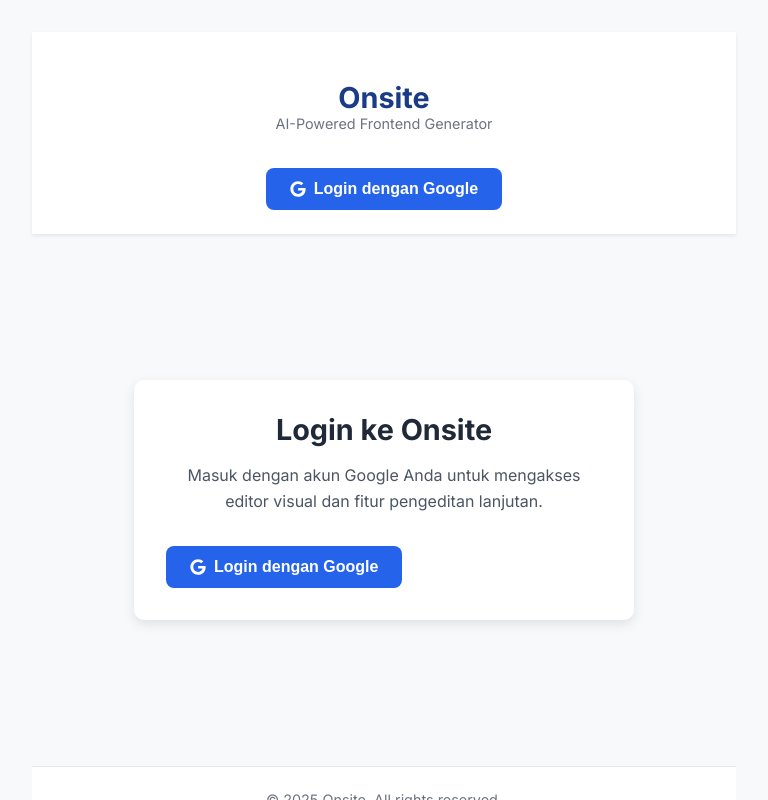
Repository: arifsoul/onsite
Page: /login (app in onsite/)
These files come from the project's save history. The page is drawn as it stood at one moment and after the next save; the edit follows.
The browser window is 768 px wide. The pictures show the whole page.
An inner scrolling area shows only its first screen. The project was rebuilt for these pictures with package versions that can differ from the ones it lists, and the page was loaded fresh each time. Also part of the build but not shown: onsite/vite.config.js, onsite/src/services/deepseekApi.js, onsite/src/components/Generator/AIGenerator.css, onsite/src/components/Generator/AIGenerator.jsx, onsite/src/components/Preview/LivePreview.css, onsite/src/components/Preview/LivePreview.jsx, onsite/src/pages/Home.jsx, onsite/src/components/Editor/CSSPanel.jsx and 5 more.

Above is the page before, as saved 2025-04-14 17:15:12.

### onsite/src/index.css
/* src/index.css */
@import url('https://fonts.googleapis.com/css2?family=Inter:wght@400;600;700&display=swap');

* {
  margin: 0;
  padding: 0;
  box-sizing: border-box;
}

html, body {
  height: 100%;
  width: 100%;
  overflow-x: hidden; /* Mencegah scroll horizontal */
}

body {
  font-family: 'Inter', sans-serif;
  background-color: #f8f9fa;
}

#root {
  display: flex;
  flex-direction: column;
  min-height: 100vh;
  width: 100%;
}

### onsite/src/App.jsx
import { BrowserRouter as Router, Routes, Route } from 'react-router-dom';
import { Auth0Provider } from '@auth0/auth0-react';
import { CodeProvider } from './context/CodeContext';
import Home from './pages/Home';
import Editor from './pages/Editor';
import Login from './pages/Login';
import './App.css';

function App() {
  return (
    <Auth0Provider
      domain={import.meta.env.VITE_AUTH0_DOMAIN}
      clientId={import.meta.env.VITE_AUTH0_CLIENT_ID}
      redirectUri={window.location.origin}
    >
      <CodeProvider>
        <Router>
          <Routes>
            <Route path="/" element={<Home />} />
            <Route path="/login" element={<Login />} />
            <Route path="/editor" element={<Editor />} />
          </Routes>
        </Router>
      </CodeProvider>
    </Auth0Provider>
  );
}

export default App;

### onsite/src/context/CodeContext.jsx
import { createContext, useState, useContext } from 'react';

const CodeContext = createContext();

export const CodeProvider = ({ children }) => {
  const [generatedCode, setGeneratedCode] = useState({
    html: '',
    css: '',
    js: '',
  });
  const [components, setComponents] = useState([]);

  const updateComponent = (id, updates) => {
    setComponents((prev) =>
      prev.map((comp) =>
        comp.id === id ? { ...comp, ...updates } : comp
      )
    );
  };

  return (
    <CodeContext.Provider
      value={{ generatedCode, setGeneratedCode, components, setComponents, updateComponent }}
    >
      {children}
    </CodeContext.Provider>
  );
};

export const useCode = () => useContext(CodeContext);

### onsite/src/pages/Login.jsx
import GoogleLogin from '../components/Auth/GoogleLogin';
import './Login.css';

const Login = () => {
  return (
    <div className="login-container">
      <header className="login-header">
        <div className="logo">
          <h1>Onsite</h1>
          <span>AI-Powered Frontend Generator</span>
        </div>
        <GoogleLogin />
      </header>
      <main className="login-main">
        <section className="login-section">
          <div className="card login-card">
            <h2>Login ke Onsite</h2>
            <p>
              Masuk dengan akun Google Anda untuk mengakses editor visual dan fitur pengeditan lanjutan.
            </p>
            <GoogleLogin />
          </div>
        </section>
      </main>
      <footer className="login-footer">
        <p>© 2025 Onsite. All rights reserved.</p>
      </footer>
    </div>
  );
};

export default Login;

### onsite/src/components/Auth/GoogleLogin.jsx
import { useAuth0 } from '@auth0/auth0-react';
import { FaGoogle } from 'react-icons/fa';
import './GoogleLogin.css';

const GoogleLogin = () => {
  const { loginWithRedirect, isAuthenticated, user, logout } = useAuth0();

  return (
    <div>
      {isAuthenticated ? (
        <div className="user-info">
          <img src={user?.picture} alt={user?.name} />
          <span>{user?.name}</span>
          <button
            className="logout-btn"
            onClick={() => logout({ returnTo: window.location.origin })}
          >
            Logout
          </button>
        </div>
      ) : (
        <button
          className="google-login-btn"
          onClick={() => loginWithRedirect({ connection: 'google-oauth2' })}
        >
          <FaGoogle /> Login dengan Google
        </button>
      )}
    </div>
  );
};

export default GoogleLogin;

### onsite/src/pages/Home.css
/* src/pages/Home.css */
.home-container {
    display: flex;
    flex-direction: column;
    min-height: 100vh;
    background-color: #f8f9fa;
  }

  /* Header */
  .home-header {
    display: flex;
    justify-content: space-between;
    align-items: center;
    padding: 1.5rem 2rem;
    background-color: #ffffff;
    box-shadow: 0 2px 4px rgba(0, 0, 0, 0.08);
    position: sticky;
    top: 0;
    z-index: 100;
  }

  .logo h1 {
    font-size: 1.8rem;
    color: #1a3c87;
    margin: 0;
  }

  .logo span {
    font-size: 0.9rem;
    color: #6b7280;
    display: block;
  }

  /* Main Content */
  .home-main {
    flex: 1;
    padding: 2rem;
    max-width: 1400px;
    margin: 0 auto;
    width: 100%;
  }

  /* Hero Section */
  .hero-section {
    text-align: center;
    margin-bottom: 4rem;
  }

  .hero-section h2 {
    font-size: 2.5rem;
    color: #1f2937;
    margin-bottom: 1rem;
  }

  .hero-section p {
    font-size: 1.2rem;
    color: #4b5563;
    max-width: 700px;
    margin: 0 auto 1.5rem;
  }

  .hero-cta {
    display: inline-block;
    padding: 0.75rem 2rem;
    background-color: #2563eb;
    color: #ffffff;
    text-decoration: none;
    border-radius: 6px;
    font-size: 1.1rem;
    font-weight: 600;
    transition: background-color 0.2s;
  }

  .hero-cta:hover {
    background-color: #1d4ed8;
  }

  /* Features Section */
  .features-section {
    display: grid;
    grid-template-columns: repeat(auto-fit, minmax(300px, 1fr));
    gap: 2rem;
    margin-bottom: 3rem;
  }

  .card {
    background-color: #ffffff;
    border-radius: 10px;
    box-shadow: 0 4px 12px rgba(0, 0, 0, 0.1);
    padding: 2rem;
    transition: transform 0.3s ease, box-shadow 0.3s ease;
  }

  .card:hover {
    transform: translateY(-8px);
    box-shadow: 0 6px 16px rgba(0, 0, 0, 0.15);
  }

  .card h3 {
    font-size: 1.5rem;
    color: #1f2937;
    margin-bottom: 1rem;
  }

  .card p {
    font-size: 1rem;
    color: #4b5563;
    line-height: 1.6;
  }

  .description-card {
    display: flex;
    flex-direction: column;
    justify-content: center;
  }

  /* Footer */
  .home-footer {
    text-align: center;
    padding: 1.5rem;
    background-color: #ffffff;
    border-top: 1px solid #e5e7eb;
    color: #6b7280;
    font-size: 0.9rem;
  }

  /* Responsive Design */
  @media (max-width: 1024px) {
    .features-section {
      grid-template-columns: 1fr;
    }
  }

  @media (max-width: 768px) {
    .home-header {
      flex-direction: column;
      gap: 1rem;
      text-align: center;
    }

    .hero-section h2 {
      font-size: 2rem;
    }

    .hero-section p {
      font-size: 1rem;
    }

    .hero-cta {
      padding: 0.6rem 1.5rem;
      font-size: 1rem;
    }

    .card {
      padding: 1.5rem;
    }
  }

### onsite/src/pages/Login.css
/* src/pages/Login.css */
.login-container {
    display: flex;
    flex-direction: column;
    min-height: 100vh;
    background-color: #f8f9fa;
  }

  /* Header */
  .login-header {
    display: flex;
    justify-content: space-between;
    align-items: center;
    padding: 1.5rem 2rem;
    background-color: #ffffff;
    box-shadow: 0 2px 4px rgba(0, 0, 0, 0.08);
    position: sticky;
    top: 0;
    z-index: 100;
  }

  .logo h1 {
    font-size: 1.8rem;
    color: #1a3c87;
    margin: 0;
  }

  .logo span {
    font-size: 0.9rem;
    color: #6b7280;
    display: block;
  }

  /* Main Content */
  .login-main {
    flex: 1;
    display: flex;
    align-items: center;
    justify-content: center;
    padding: 2rem;
  }

  /* Login Section */
  .login-section {
    max-width: 500px;
    width: 100%;
  }

  .login-card {
    background-color: #ffffff;
    border-radius: 10px;
    box-shadow: 0 4px 12px rgba(0, 0, 0, 0.1);
    padding: 2.5rem;
    text-align: center;
  }

  .login-card h2 {
    font-size: 2rem;
    color: #1f2937;
    margin-bottom: 1rem;
  }

  .login-card p {
    font-size: 1.1rem;
    color: #4b5563;
    margin-bottom: 2rem;
  }

  /* Footer */
  .login-footer {
    text-align: center;
    padding: 1.5rem;
    background-color: #ffffff;
    border-top: 1px solid #e5e7eb;
    color: #6b7280;
    font-size: 0.9rem;
  }

  /* Responsive Design */
  @media (max-width: 768px) {
    .login-header {
      flex-direction: column;
      gap: 1rem;
      text-align: center;
    }

    .login-card {
      padding: 2rem;
    }

    .login-card h2 {
      font-size: 1.8rem;
    }

    .login-card p {
      font-size: 1rem;
    }
  }

### onsite/src/components/Auth/GoogleLogin.css
/* src/components/Auth/GoogleLogin.css */
.google-login-btn {
  display: flex;
  align-items: center;
  gap: 0.5rem;
  padding: 0.75rem 1.5rem;
  background-color: #2563eb;
  color: #ffffff;
  border: none;
  border-radius: 8px;
  font-size: 1rem;
  font-weight: 600;
  cursor: pointer;
  transition: background-color 0.2s;
}

.google-login-btn:hover {
  background-color: #1d4ed8;
}

.user-info {
  display: flex;
  align-items: center;
  gap: 0.75rem;
}

.user-info img {
  border-radius: 50%;
  width: 36px;
  height: 36px;
}

.user-info span {
  font-size: 1rem;
  color: #1f2937;
}

.logout-btn {
  padding: 0.5rem 1rem;
  background-color: #dc2626;
  color: #ffffff;
  border: none;
  border-radius: 8px;
  font-size: 0.9rem;
  font-weight: 600;
  cursor: pointer;
  transition: background-color 0.2s;
}

.logout-btn:hover {
  background-color: #b91c1c;
}

Loaded but not shown: onsite/index.html (common file); onsite/src/main.jsx (common file); onsite/src/App.css (common file)

After the next save:
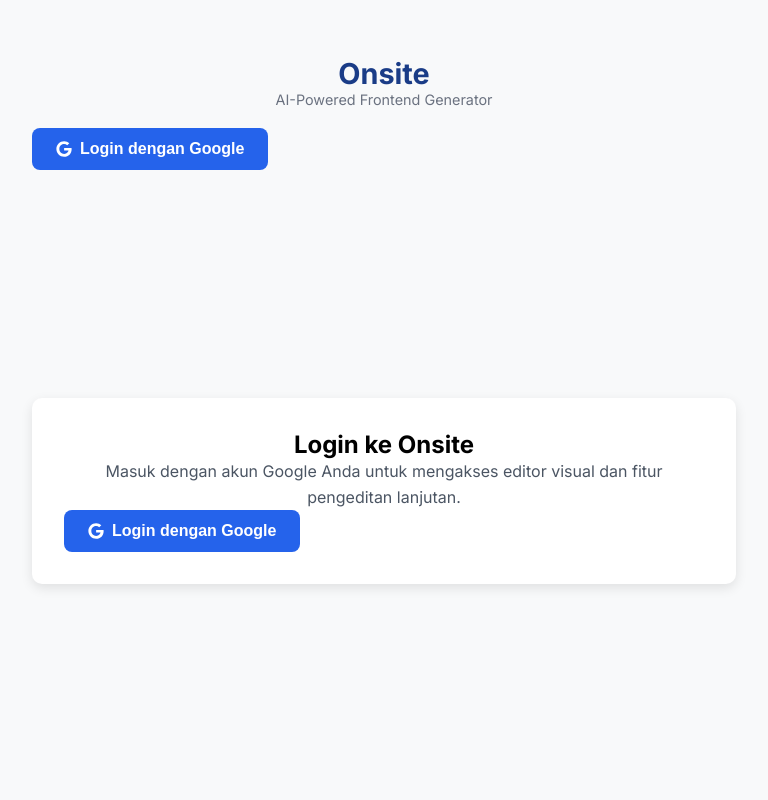
Saved 5 s later.
--- a/onsite/src/pages/Login.css
+++ b/onsite/src/pages/Login.css
@@ -1,98 +1,14 @@
-/* src/pages/Login.css */
 .login-container {
     display: flex;
     flex-direction: column;
     min-height: 100vh;
+    width: 100%;
     background-color: #f8f9fa;
   }
 
-  /* Header */
-  .login-header {
-    display: flex;
-    justify-content: space-between;
-    align-items: center;
-    padding: 1.5rem 2rem;
-    background-color: #ffffff;
-    box-shadow: 0 2px 4px rgba(0, 0, 0, 0.08);
-    position: sticky;
-    top: 0;
-    z-index: 100;
-  }
-
-  .logo h1 {
-    font-size: 1.8rem;
-    color: #1a3c87;
-    margin: 0;
-  }
-
-  .logo span {
-    font-size: 0.9rem;
-    color: #6b7280;
-    display: block;
-  }
-
-  /* Main Content */
   .login-main {
     flex: 1;
     display: flex;
     align-items: center;
     justify-content: center;
-    padding: 2rem;
   }
-
-  /* Login Section */
-  .login-section {
-    max-width: 500px;
-    width: 100%;
-  }
-
-  .login-card {
-    background-color: #ffffff;
-    border-radius: 10px;
-    box-shadow: 0 4px 12px rgba(0, 0, 0, 0.1);
-    padding: 2.5rem;
-    text-align: center;
-  }
-
-  .login-card h2 {
-    font-size: 2rem;
-    color: #1f2937;
-    margin-bottom: 1rem;
-  }
-
-  .login-card p {
-    font-size: 1.1rem;
-    color: #4b5563;
-    margin-bottom: 2rem;
-  }
-
-  /* Footer */
-  .login-footer {
-    text-align: center;
-    padding: 1.5rem;
-    background-color: #ffffff;
-    border-top: 1px solid #e5e7eb;
-    color: #6b7280;
-    font-size: 0.9rem;
-  }
-
-  /* Responsive Design */
-  @media (max-width: 768px) {
-    .login-header {
-      flex-direction: column;
-      gap: 1rem;
-      text-align: center;
-    }
-
-    .login-card {
-      padding: 2rem;
-    }
-
-    .login-card h2 {
-      font-size: 1.8rem;
-    }
-
-    .login-card p {
-      font-size: 1rem;
-    }
-  }
